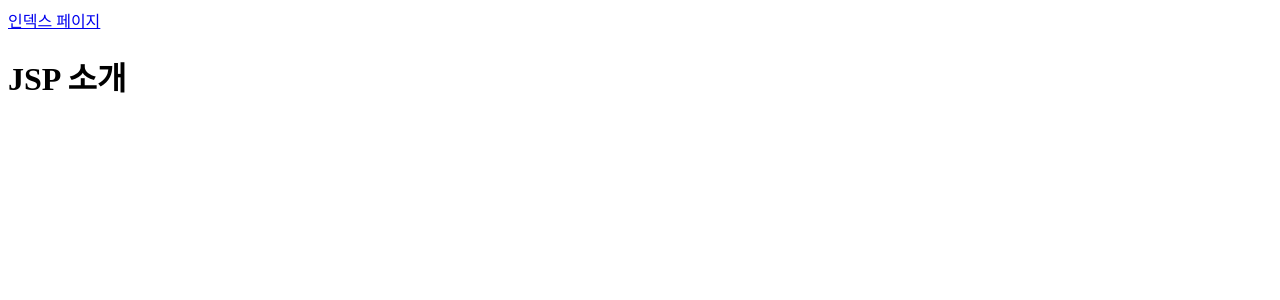
Repository: ldj0905/javaproject
Page: http://localhost/lab04_jsp/intro.jsp
An editor plug-in stored every save of this project. The page is shown before and after the next save, followed by the edit.
The browser window is 1280 px wide. The pictures show the whole page.
The page is served by Tomcat 10.

Above is the page before, as saved 2024-05-22 01:14:17.

After the next save:
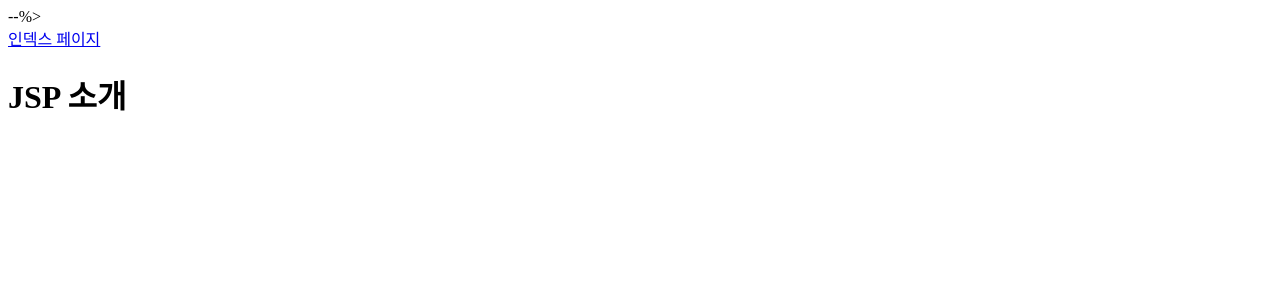
Saved 2 min 13 s later.
--- a/lab04_jsp/src/main/webapp/intro.jsp
+++ b/lab04_jsp/src/main/webapp/intro.jsp
@@ -13,6 +13,8 @@
 (3) JSP 동작 원리:
     o. 최초 요청 -> jsp 파일을 java 파일로 변환 (톰캣이 변환함) -> java 코드를 class로 컴파일 -> 객체 생성 -> 메서드 호출 -> 응답
     o. 요청 -> 생성된 객체에서 메서드 호출 -> 응답
+3. JSP의 구성 요소(문법)
+ (1) 주석(comment) <%-- --%>
 --%>
 <!DOCTYPE html>
 <html>

After the save that followed:
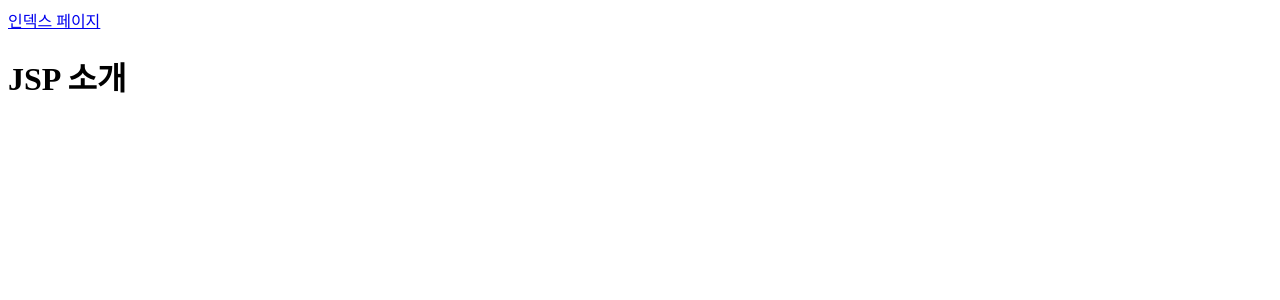
Saved 40 s later.
--- a/lab04_jsp/src/main/webapp/intro.jsp
+++ b/lab04_jsp/src/main/webapp/intro.jsp
@@ -14,7 +14,7 @@
     o. 최초 요청 -> jsp 파일을 java 파일로 변환 (톰캣이 변환함) -> java 코드를 class로 컴파일 -> 객체 생성 -> 메서드 호출 -> 응답
     o. 요청 -> 생성된 객체에서 메서드 호출 -> 응답
 3. JSP의 구성 요소(문법)
- (1) 주석(comment) <%-- --%>
+ (1) 주석(comment) : jsp 파일이 java 코드로 변환될 때 무시되는 코드.
 --%>
 <!DOCTYPE html>
 <html>
